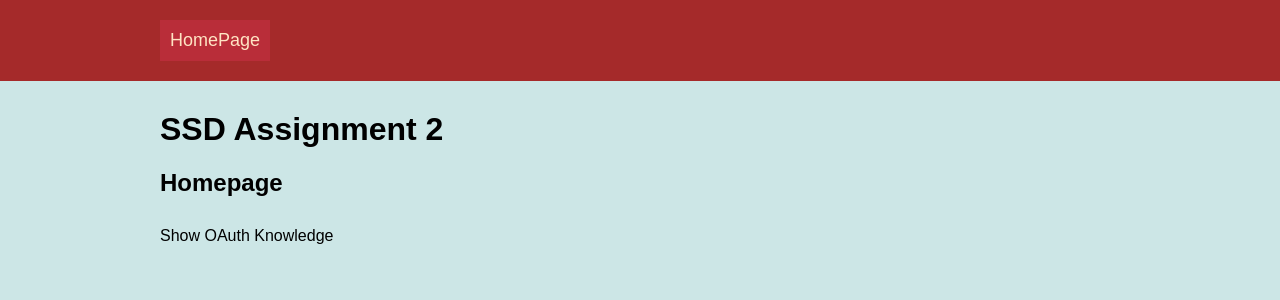
Repository: RISBandara/Oauth2-Assignment2
Page: http://localhost/
The author's editor kept a copy of each file at every save. The page is drawn from the files as they stood at one save, then again after the next save.
The browser window is 1280 px wide. The pictures show the whole page.
The page is served by the project's Node server (app.js). Other server files are loaded and not shown.

Above is the page before, as saved 2019-09-11 09:50:35.

### Oauth/views/home.ejs
<!DOCTYPE html>
<html>
    <head>
        <meta charset="utf-8">
        <title>SSD Assignment 2</title>
        <style>
body{
    font-family: Arial, Helvetica, sans-serif;
    margin: 0;
    background-color: rgb(204, 230, 230);
}
nav{
    background-color: brown;
    padding: 20px 10px;
}

nav ul{
max-width: 960px;
margin: 0 auto;
padding: 0;
}
nav li{
    list-style-type: none ;
    display: inline-block;
    margin: 0 10px 0 0;
}
nav a{
    display: block;
    padding: 10px;
    font-size: 18px;
    color: bisque;
    background: rgb(185, 45, 57);
    text-decoration: none;
}

main ,header{
    max-width: 960px;
    margin: 30px auto;
    padding: 0 10px;
    color: black;
}
        </style>
    </head>

    <body>
        <nav>
            <ul>
                <li><a href="/">HomePage</a></li>
            </ul>
        </nav>
        <header>
            <h1>SSD Assignment 2</h1>
            <h2>Homepage</h2>
        </header>
        <main>
            <p>Show OAuth Knowledge</p>
        </main>
    </body>
</html>

### Oauth/app.js
const express = require('express');
const auth = require('./routes/auth-routes');

const app = express();

//set view engine
app.set('view engine','ejs');

//route google
app.use('/auth',auth);

//create route
app.get('/',(req,res) =>{

    res.render('home.ejs');
});

//port
app.listen(3000,()=>{
    console.log('started in 3000');
})

After the next save:
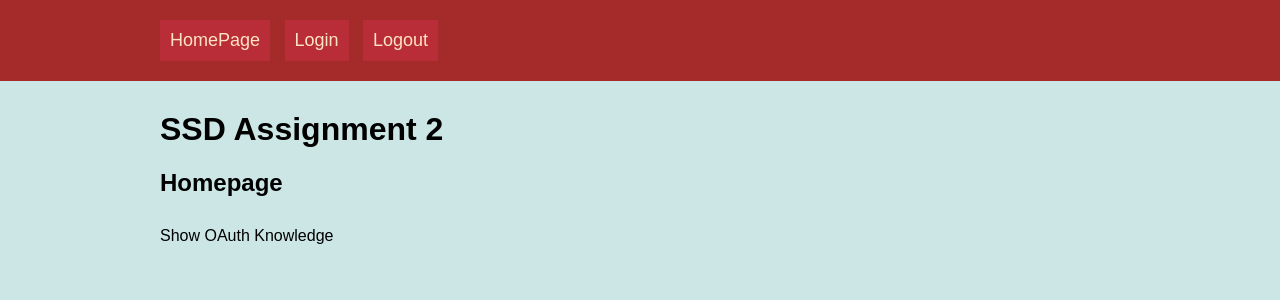
Saved 21 s later.
--- a/Oauth/views/home.ejs
+++ b/Oauth/views/home.ejs
@@ -46,6 +46,8 @@ main ,header{
         <nav>
             <ul>
                 <li><a href="/">HomePage</a></li>
+                <li><a href="/auth/login">Login</a></li>
+                <li><a href="/auth/logout">Logout</a></li>
             </ul>
         </nav>
         <header>
